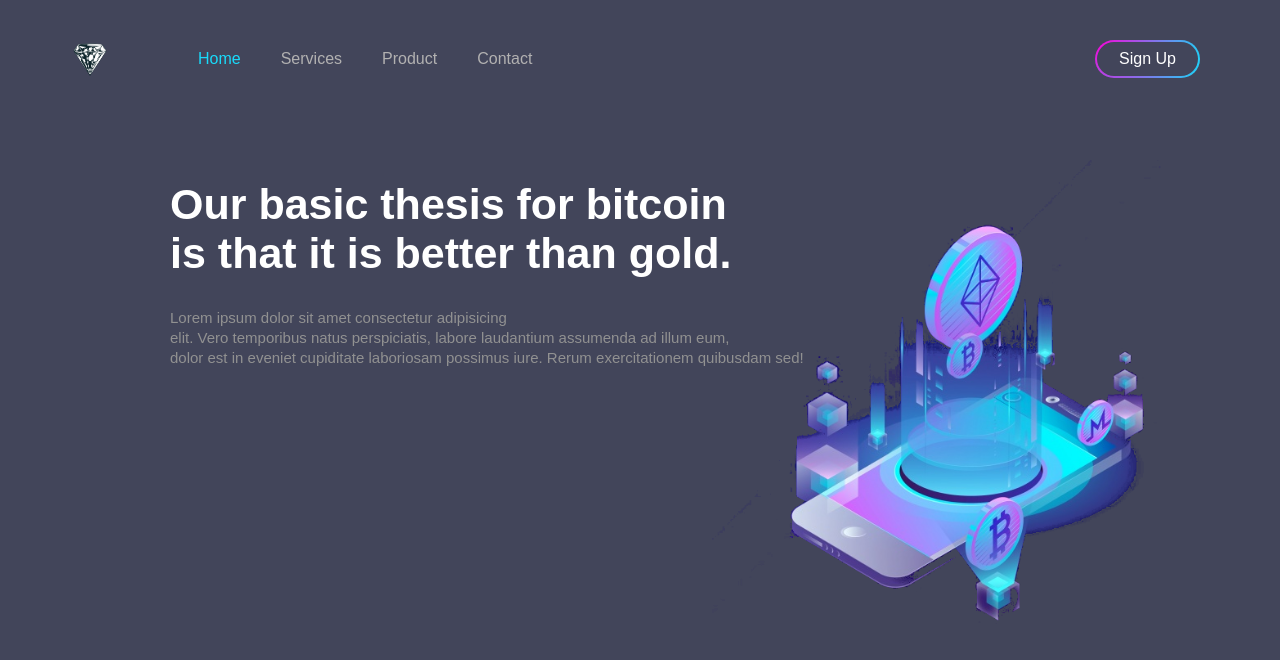
Repository: Aakarshit-Sharma19/Basic-HTML-and-CSS-Page-
Page: index.html
The author's editor kept a copy of each file at every save. The page is drawn from the files as they stood at one save, then again after the next save.
The browser window is 1280 px wide. The pictures show the whole page.

Above is the page before, as saved 2020-11-10 15:35:42.

### index.html
<!DOCTYPE html>
<html lang="en">

<head>
    <title>Crypto Currency Web App - Easy Tutorials</title>
    <link rel="stylesheet" href="style.css">
</head>

<body>
    <div class="container">
        <div class="menu">
            <ul>
                <li class="logo"><img src="1349.png" alt="diamond"></li>
                <li class="active">Home</li>
                <li>Services</li>
                <li>Product</li>
                <li>Contact</li>
                <li><a href="#" class="signup-btn"><span>Sign Up</span></a></li>
            </ul>
        </div>
        <div class="banner">
            <div class="app-text">
                <h1>Our basic thesis for bitcoin <br> is that it is better than gold.</h1>
                <p>Lorem ipsum dolor sit amet consectetur adipisicing <br>elit. Vero temporibus natus perspiciatis,
                    labore
                    laudantium assumenda ad illum eum,<br>  dolor est in eveniet cupiditate laboriosam possimus iure.
                    Rerum
                    exercitationem quibusdam sed!</p>
            </div>
            <div class="app-picture">
                <img src="background.png" alt="">
            </div>
        </div>
    </div>
</body>

</html>

### style.css
* {
    margin: 0;
    padding: 0;
    font-family: sans-serif;
}

body{
    background: #42455a;
}
.container{
    width: 100%;
    height: 100%;
}

.menu ul{
    display: inline-flex;
    margin: 50px;
}

.menu ul li{
    list-style: none;
    margin: 0 20px;
    color: #b2b1b1;
    cursor: pointer;
}

.logo img{
    width: 40px;
    margin-top: -12px;
    margin-right: 48px;
}

.active{
    color: #19dafa!important;
}

.signup-btn{
    top: 40px;
    right: 80px;
    position: absolute;
    text-decoration: none;
    color: #fff;
    border: 2px solid transparent;
    border-radius: 20px;
    background-image: linear-gradient(#42455a, #42455a), radial-gradient(circle at top left, #fd00da, #19d7f8);
    background-origin: border-box;
    background-clip: content-box,border-box;
}

.signup-btn span{
    display: block;
    padding: 8px 22px;
}

.banner{
    width: 80%;
    height: 70%;
    top: 25%;
    left: 130px;
    position: absolute;
    color: #fff;
}

.app-text{
    width: 50%;
    float: left;
}

.app-text h1{
    font-size: 43px;
    width: 640px;
    position: relative;
    margin-left: 40px;
}

.app-text p{
    font-size: 15px;
    width: 650px;
    margin: 30px 0 30px 40px;
    line-height: 20px;
    color: #919191;
}

.app-picture{
    width: 50%;
    float: right;
}

.app-picture img{
    width: 100%;
    margin-top: -20px;
    padding-left: 70px;
}

After the next save:
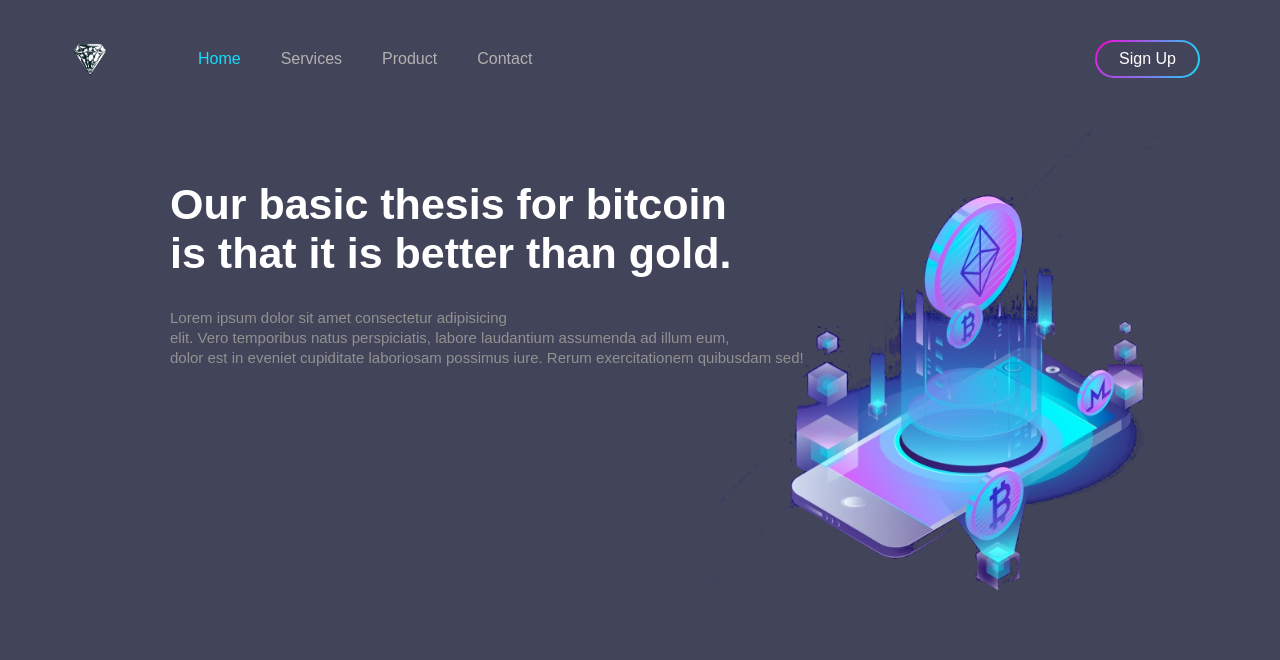
Saved 5 s later.
--- a/style.css
+++ b/style.css
@@ -88,6 +88,6 @@ body{
 
 .app-picture img{
     width: 100%;
-    margin-top: -20px;
+    margin-top: -50px;
     padding-left: 70px;
 }
